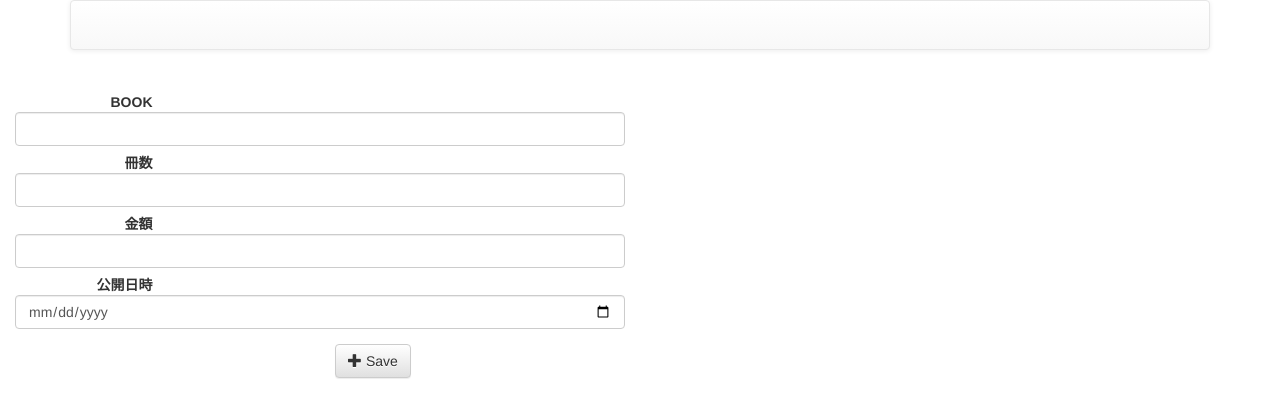
Repository: aoitele/kadai11
Page: http://localhost/
The author's editor kept a record of every edit. The page is drawn from the files as they stood at one moment, then again after the next edit.
The browser window is 1280 px wide. The pictures show the whole page.
The page is served by the project's Laravel application, run on PHP 8.4 with Laravel 8. Queries for data that is not in the repository find no rows.

Above is the page before.
Console error (its wording comes from the project's code and is left out).

After the next edit:
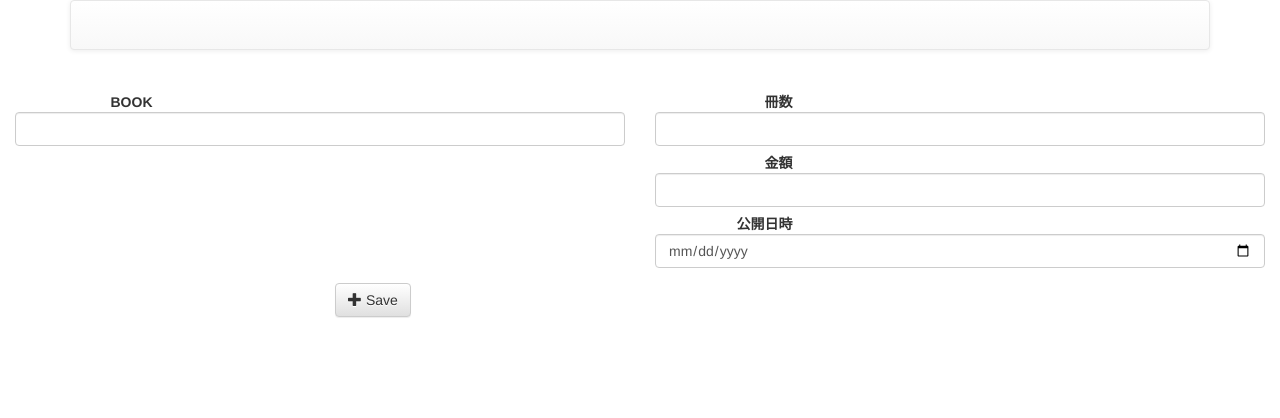
The edit:
--- a/workspace/cms/resources/views/books.blade.php
+++ b/workspace/cms/resources/views/books.blade.php
@@ -19,6 +19,8 @@
                 <div class="col-sm-6">
                 <label for="book" class="col-sm-3 control-label">BOOK</label>
                 <input type="text" name="item_name" id="book-name"class="form-control">
+                    </div>
+                                    <div class="col-sm-6">
 
                     <label for="book" class="col-sm-3 control-label">冊数</label>
                     <input type="number" name="item_number" id="book-number"class="form-control">
